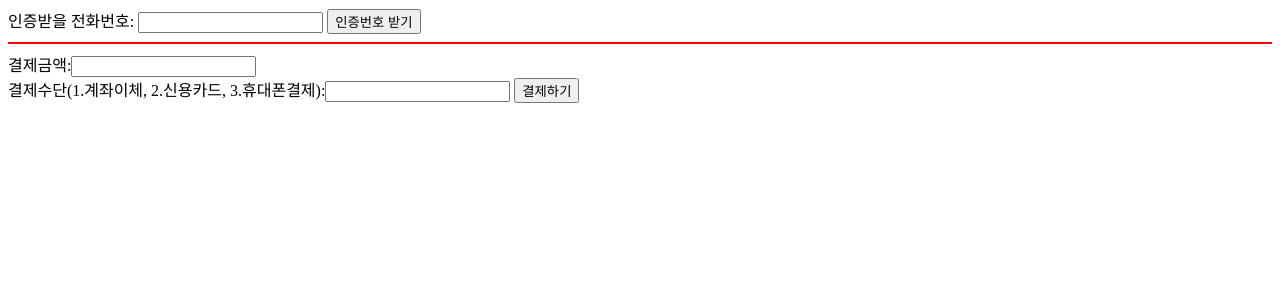
Repository: syshin0116/data2
Page: http://localhost/spring04/ajax1.jsp
These files come from the project's save history. The page is drawn as it stood at one moment and after the next save; the edit follows.
The browser window is 1280 px wide. The pictures show the whole page.
The page is served by Tomcat 9.

Above is the page before, as saved 2022-02-17 09:13:37.
Console error: SyntaxError: Unexpected end of input

After the next save:
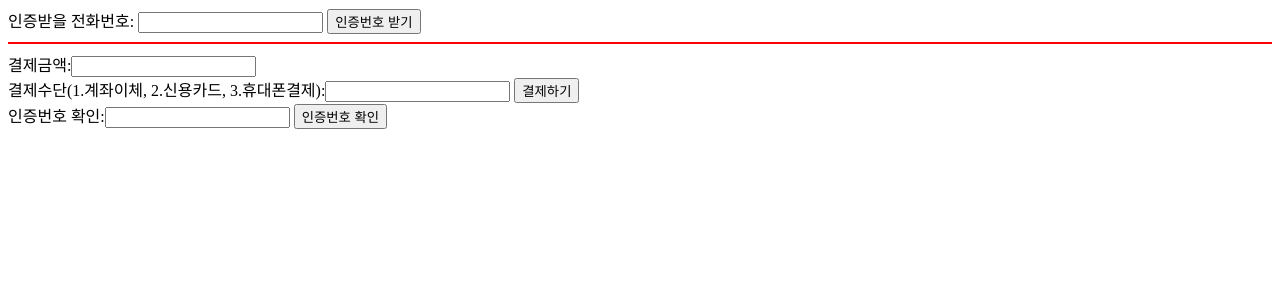
Saved 86 s later.
--- a/spring04/src/main/webapp/ajax1.jsp
+++ b/spring04/src/main/webapp/ajax1.jsp
@@ -48,7 +48,7 @@
 			if(tel2Value == no){
 				noResult = "인증성공"
 			}
-			$('#result').html(noResult)
+			$('#result3').html(noResult)
 	});//$function
 </script>
 </head>
@@ -62,6 +62,7 @@
 결제수단(1.계좌이체, 2.신용카드, 3.휴대폰결제):<input type="text" id="choice">
 <button id="b2">결제하기</button>
 <div id="result2"></div>
-
+인증번호 확인:<input type="text" id="tel2">
+<button id="b3">인증번호 확인</button>
 </body>
 </html>
